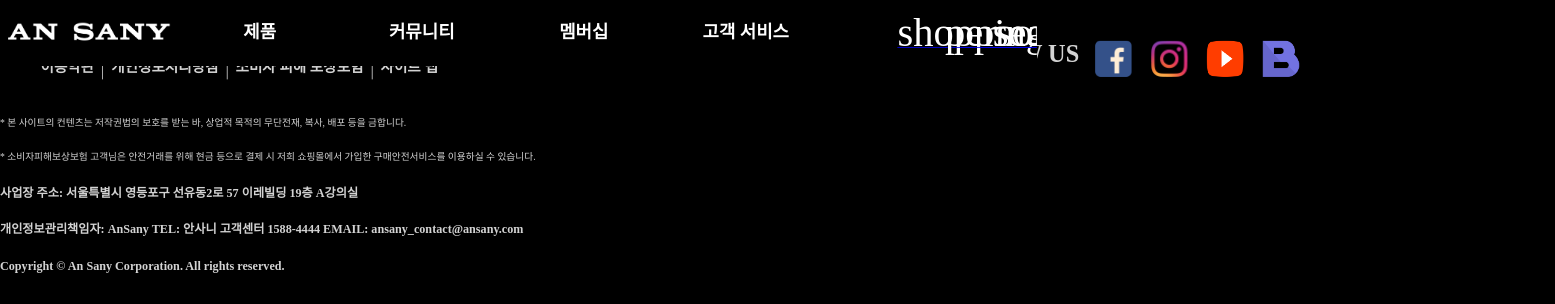
Repository: zoeshin92/semiProj_Zoe
Page: http://localhost/anSany_semiProject/
An editor plug-in stored every save of this project. The page is shown before and after the next save, followed by the edit.
The browser window is 1280 px wide. The page is 1920 px wide, then 1280 px, so the pictures cover 1920 px, including what lies to the right of the window. The pictures show the whole page, at 81% of full size.
The page is served by Tomcat 9.

Above is the page before, as saved 2022-09-21 06:47:39.

After the next save:
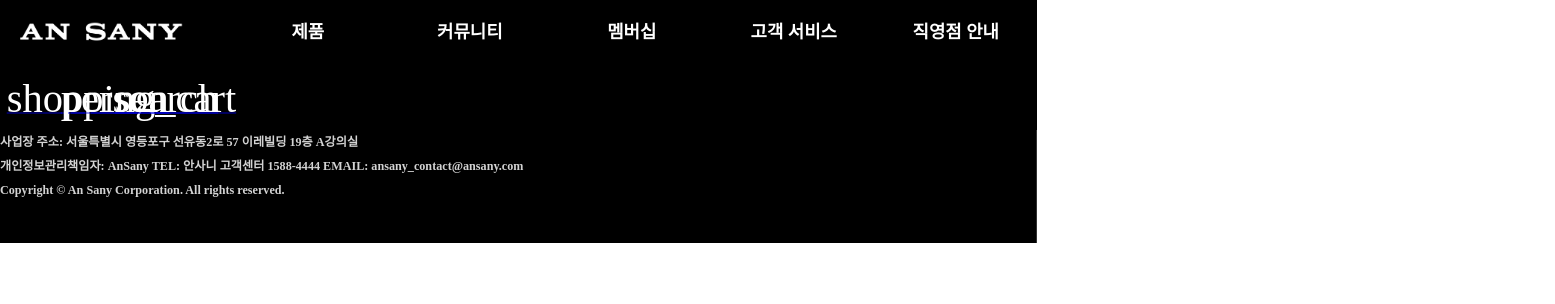
Saved 116 s later.
--- a/anSany_semiProject/src/main/webapp/css/header.css
+++ b/anSany_semiProject/src/main/webapp/css/header.css
@@ -1,21 +1,24 @@
 body{
     margin: 0;
-    background-color: black;
 }
+
 .header-fixed{
+    z-index: 1000;
     position: fixed;
     width: 100%;
     background-color: black;
     height: 81px;
     margin: 0 auto;
-    z-index: 1000;
+
 }
+
 .header-top{
     margin: 0 auto;
     background-color: black;
     width: 100%;
     max-width: 1920px;
     display: flex;
+    flex-wrap: wrap;
     justify-content: space-between;
     overflow: hidden;
 }
@@ -84,6 +87,9 @@
     overflow: hidden;
     background-color: rgba(255,255,255,0.05);
 }
+
+
+
 .header-icon{
     background-color: black;
     height: 80px;
--- a/anSany_semiProject/src/main/webapp/css/footer.css
+++ b/anSany_semiProject/src/main/webapp/css/footer.css
@@ -1,14 +1,17 @@
+footer *{
+  margin: 0;
+  padding: 0;
+}
 footer{
-  margin: auto;
   bottom: 0;
   padding: 50px 0px;
   background-color: black;
   width: 100%;
-  height: 250px;
   color: lightgray;
+  margin: 0 auto;
 }
 .footer-content{
-  width: 1920px;
+  width: 1280px;
   margin: 0 auto;
   overflow: hidden;
 }
